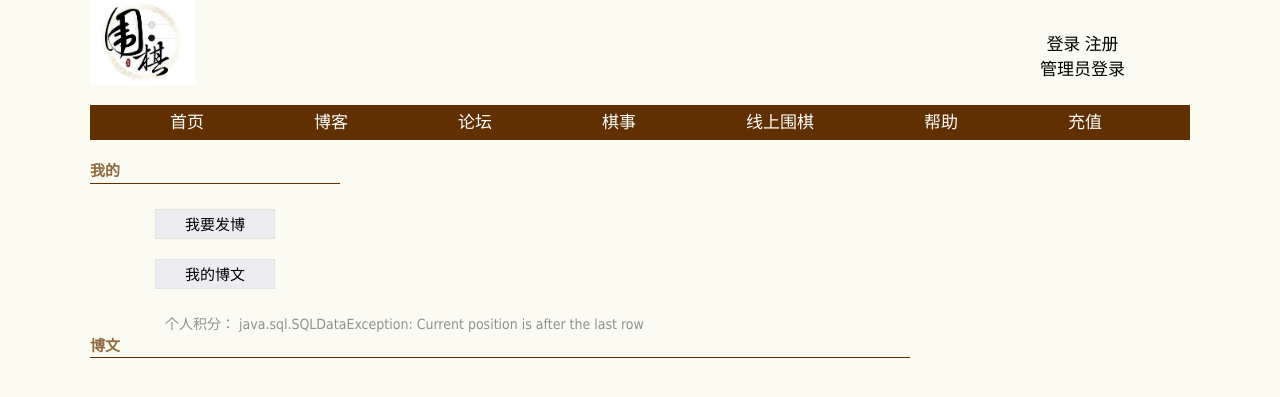
Repository: yxh0/Go
Page: http://localhost/keshe/keshe/blog.jsp
The author's editor kept a copy of each file at every save. The page is drawn from the files as they stood at one save, then again after the next save.
The browser window is 1280 px wide. The pictures show the whole page.
The page is served by Tomcat 9. Queries for data that is not in the repository find no rows.

Above is the page before, as saved 2020-06-12 02:39:52.

After the next save:
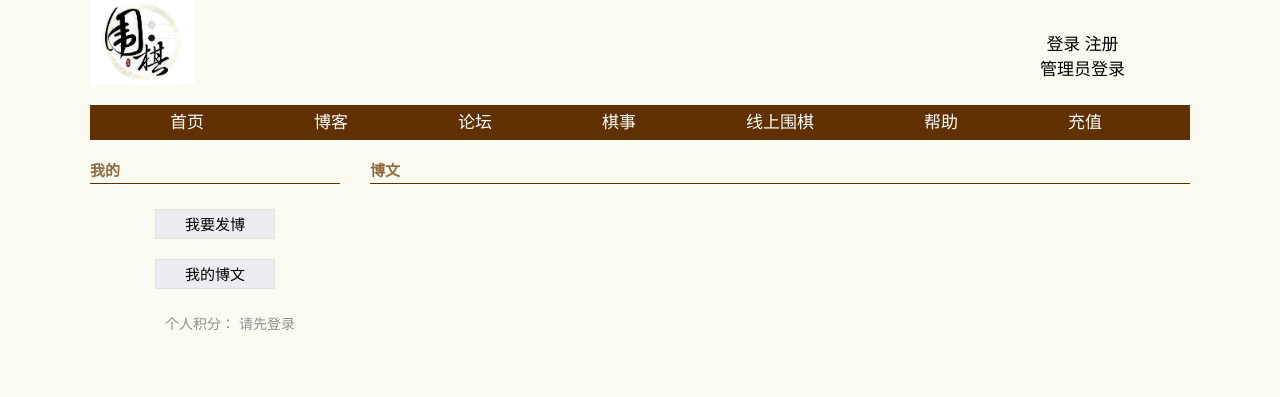
Saved 91 s later.
--- a/SoftwareProjectGo/keshe/WebContent/keshe/blog.jsp
+++ b/SoftwareProjectGo/keshe/WebContent/keshe/blog.jsp
@@ -73,7 +73,7 @@
 			    	con.close();
 				}
 				catch(SQLException e){
-					out.print(e);
+					out.print("请先登录");
 				}
 		        %>
 		        </p>
